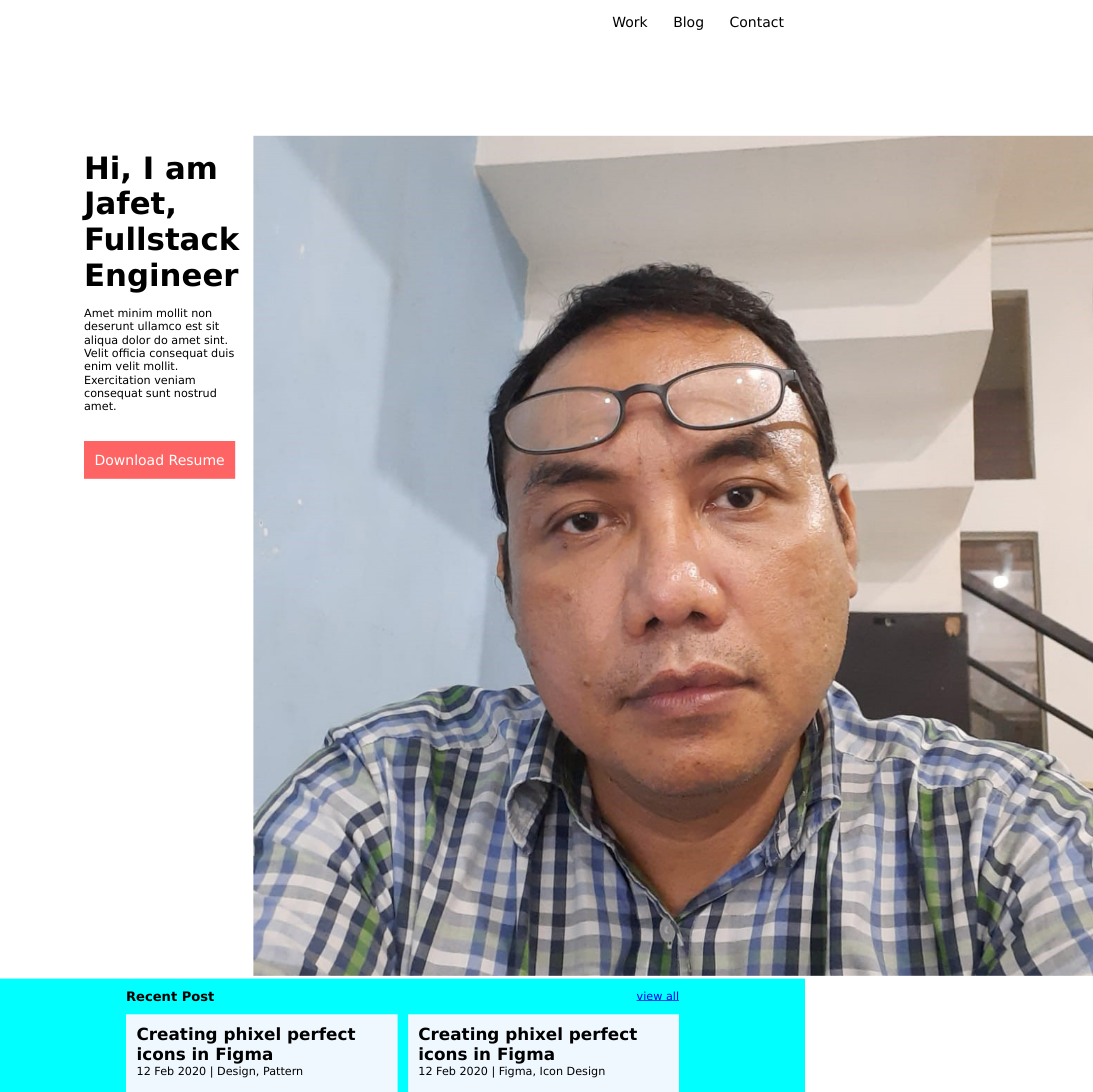
Repository: jafetdn73/portofolio
Page: index.html
These files come from the project's save history. The page is drawn as it stood at one moment and after the next save; the edit follows.
The browser window is 1280 px wide. The page is 1562 px wide, so the pictures cover 1562 px, including what lies to the right of the window. The pictures show the part of the page from y = 0 to 1560 px (the page is 2311 px tall), at 70% of full size.

Above is the page before, as saved 2022-02-23 10:16:54.

### index.html
<!DOCTYPE html>
<html lang="en">
<head>
    <meta charset="UTF-8">
    <meta http-equiv="X-UA-Compatible" content="IE=edge">
    <meta name="viewport" content="width=device-width, initial-scale=1.0">
    <link rel="stylesheet" href="figma.css">
    <title>Belajar HTML CSS</title>
</head>
<body>
    <div class="container">
        <!-- Start Menu Bar -->
        <div class="menu-bar">
            <ul>
                <li>
                    Work
                </li>
                <li>
                    Blog
                </li>
                <li>
                    Contact
                </li>
            </ul>
        </div>
        <!-- Starr Hero -->
        <div class="hero">
            <div class="hero-text">
                <h1>Hi, I am Jafet,<br/>
                    Fullstack Engineer
                </h1>
                <p>
                    Amet minim mollit non deserunt ullamco est sit aliqua dolor do amet sint. Velit officia consequat duis enim velit mollit. Exercitation veniam consequat sunt nostrud amet.
                </p>
                <button>Download Resume</button>
            </div>
            <div class="hero-image">
                <img src="jafet.png"/>
            </div>
        </div>
        <!-- Start Post -->
        <div class="post">
            <div class="post-navi">
                <h3>Recent Post</h3>
                <a href="http://detik.com">view all</a>
            </div>
            <div class="post-content">
                <div class="post-content-detail">
                    <h2>Creating phixel perfect icons in Figma</h2>
                    <label>12 Feb 2020</label>
                    <label>|</label>
                    <label>Design, Pattern</label>
                    <p>
                        Amet minim mollit non deserunt ullamco est sit aliqua dolor do amet sint. Velit officia consequat duis enim velit mollit. Exercitation veniam consequat sunt nostrud amet.
                    </p>
                </div>
                <div class="post-content-detail">
                    <h2>Creating phixel perfect icons in Figma</h2>
                    <label>12 Feb 2020</label>
                    <label>|</label>
                    <label>Figma, Icon Design</label>
                    <p>
                        Amet minim mollit non deserunt ullamco est sit aliqua dolor do amet sint. Velit officia consequat duis enim velit mollit. Exercitation veniam consequat sunt nostrud amet.
                    </p>
                </div>
            </div>
        </div>
        <!-- Start Featured -->
        <div class="featured">
            <h3>Featured Works</h3>
            <div class="featured-detail">
                <div class="featured-image">
                    <img src="Rectangle 30.png"/>
                </div>
                <div class="featured-text">
                    <h2>Designing Dashboards</h2>
                    <label>2020</label>
                    <label>Dashbord</label>
                    <p>
                        Amet minim mollit non deserunt ullamco est sit aliqua dolor do amet sint. Velit officia consequat duis enim velit mollit. Exercitation veniam consequat sunt nostrud amet
                    </p>
                </div>
            </div>
            <div class="featured-detail">
                <div class="featured-image">
                    <img src="Rectangle 32.png"/>
                </div>
                <div class="featured-text">
                    <h2>Designing Dashboards</h2>
                    <label>2020</label>
                    <label>Dashbord</label>
                    <p>
                        Amet minim mollit non deserunt ullamco est sit aliqua dolor do amet sint. Velit officia consequat duis enim velit mollit. Exercitation veniam consequat sunt nostrud amet
                    </p>
                </div>
            </div>
            <div class="featured-detail">
                <div class="featured-image">
                    <img src="Rectangle 34.png"/>
                </div>
                <div class="featured-text">
                    <h2>Designing Dashboards</h2>
                    <label>2020</label>
                    <label>Dashbord</label>
                    <p>
                        Amet minim mollit non deserunt ullamco est sit aliqua dolor do amet sint. Velit officia consequat duis enim velit mollit. Exercitation veniam consequat sunt nostrud amet
                    </p>
                </div>
            </div>
        </div>
    </div>
</body>
</html>

### figma.css
* {
    margin: 0;
    font-family:Verdana, Geneva, Tahoma, sans-serif;
}

p{
margin-left: 220px;
}
.container {
    width: 1150px;
}

.menu-bar {
    display: flex;
    justify-content: flex-end;
    margin-top: 20px;
}

.menu-bar ul li {
    display: inline;
    margin-right: 30px;
    font-size: 20px;
}

/* Start Hero */
.hero {
    display: flex;
    justify-content: space-around;
    margin-top: 150px;
    padding: 0 100px;
}

.hero-text {
    width: 450px;
}

.hero-text h1 {
    font-size: 44px;
    font-weight: 400px;
}

.hero-text p {
    font-size: 16px;
}

.hero-text h1, p, button
{
    margin: 20px;
}

.hero-text button {
    background-color: #FF6464;
    border-style: none;
    padding: 15px;
    font-size: 20px;
    color: white;
}

/* Start Post */
.post {
    background-color:aqua;
    padding:15px 180px;
}

.post-navi {
    display :flex;
    justify-content:space-between ;
}

.post-content {
    display: flex;
    margin-top: 15px;
    gap:15px;
}

.post-content-detail {
    background-color: aliceblue;
    padding:15px;
}

/* Start Featured */
.featured {
    margin : 15px 180px;
    gap:15px;
}

.featured-detail {
    display:flex;
}

After the next save:
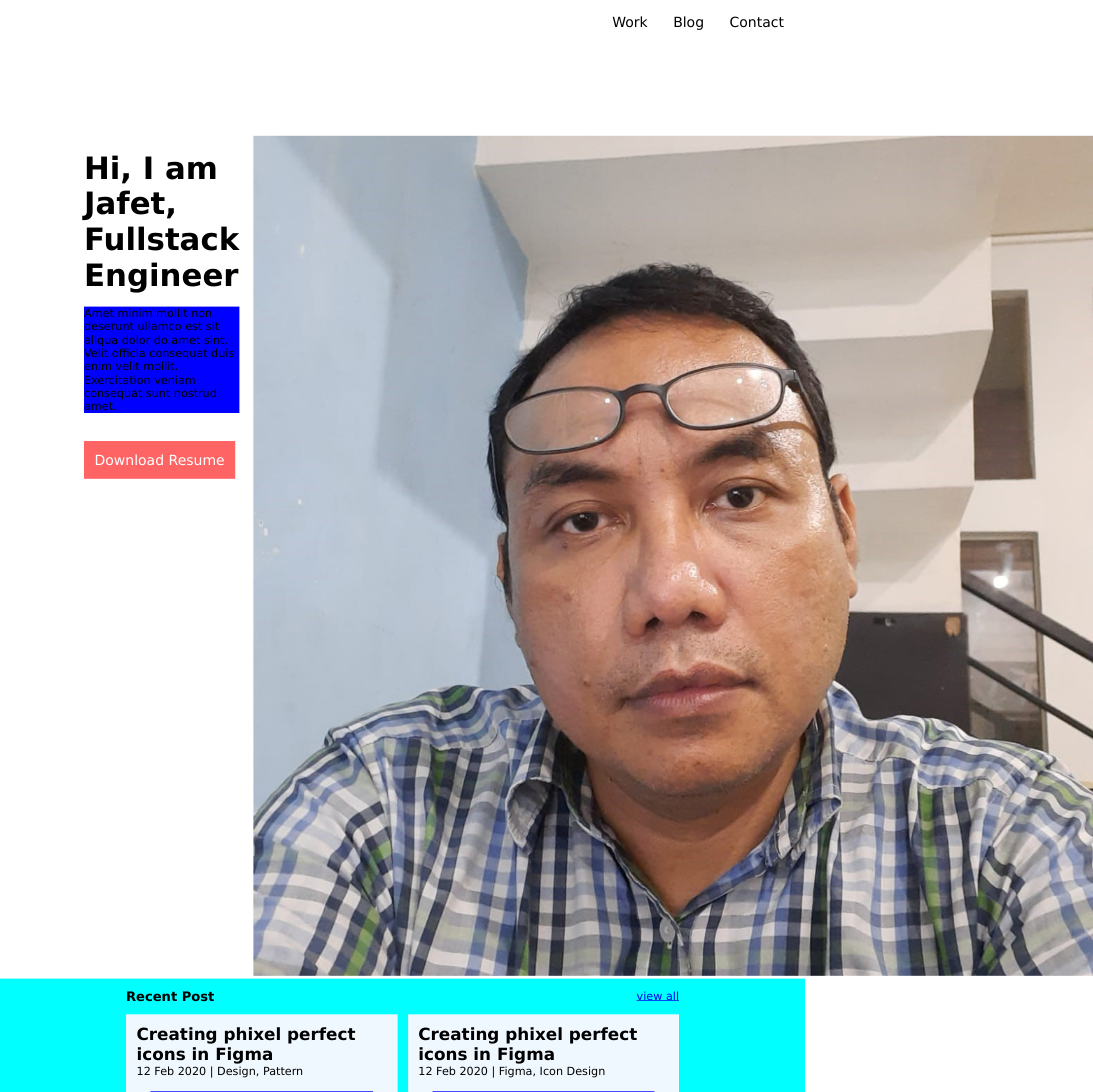
Saved 79 s later.
--- a/figma.css
+++ b/figma.css
@@ -4,7 +4,7 @@
 }
 
 p{
-margin-left: 220px;
+background-color: blue;
 }
 .container {
     width: 1150px;

After the 3 saves that followed:
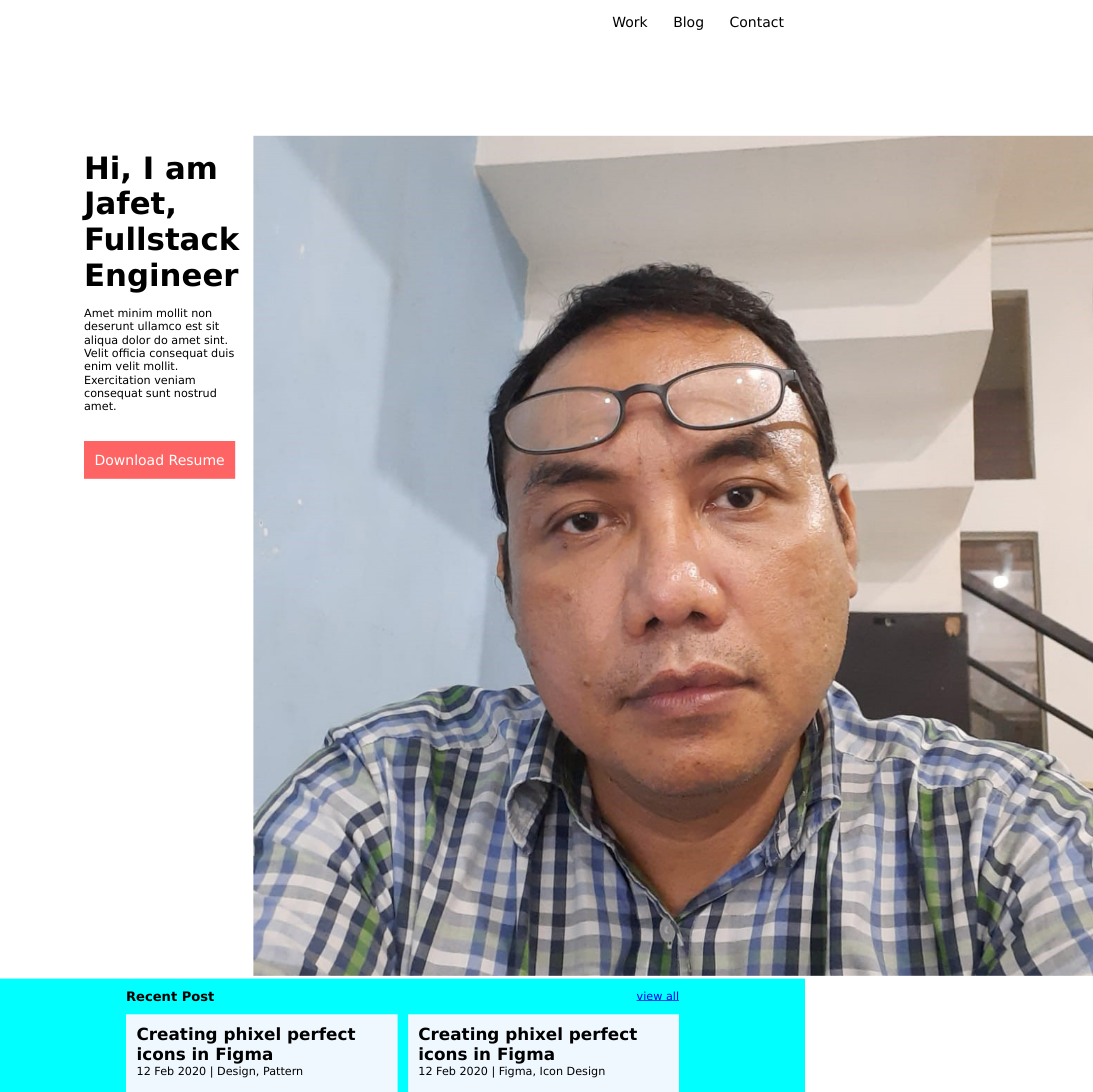
The 3 saves are shown as one change because 2 left the picture as it was.
The last was saved 10 min 41 s later.
--- a/figma.css
+++ b/figma.css
@@ -3,9 +3,6 @@
     font-family:Verdana, Geneva, Tahoma, sans-serif;
 }
 
-p{
-background-color: blue;
-}
 .container {
     width: 1150px;
 }
